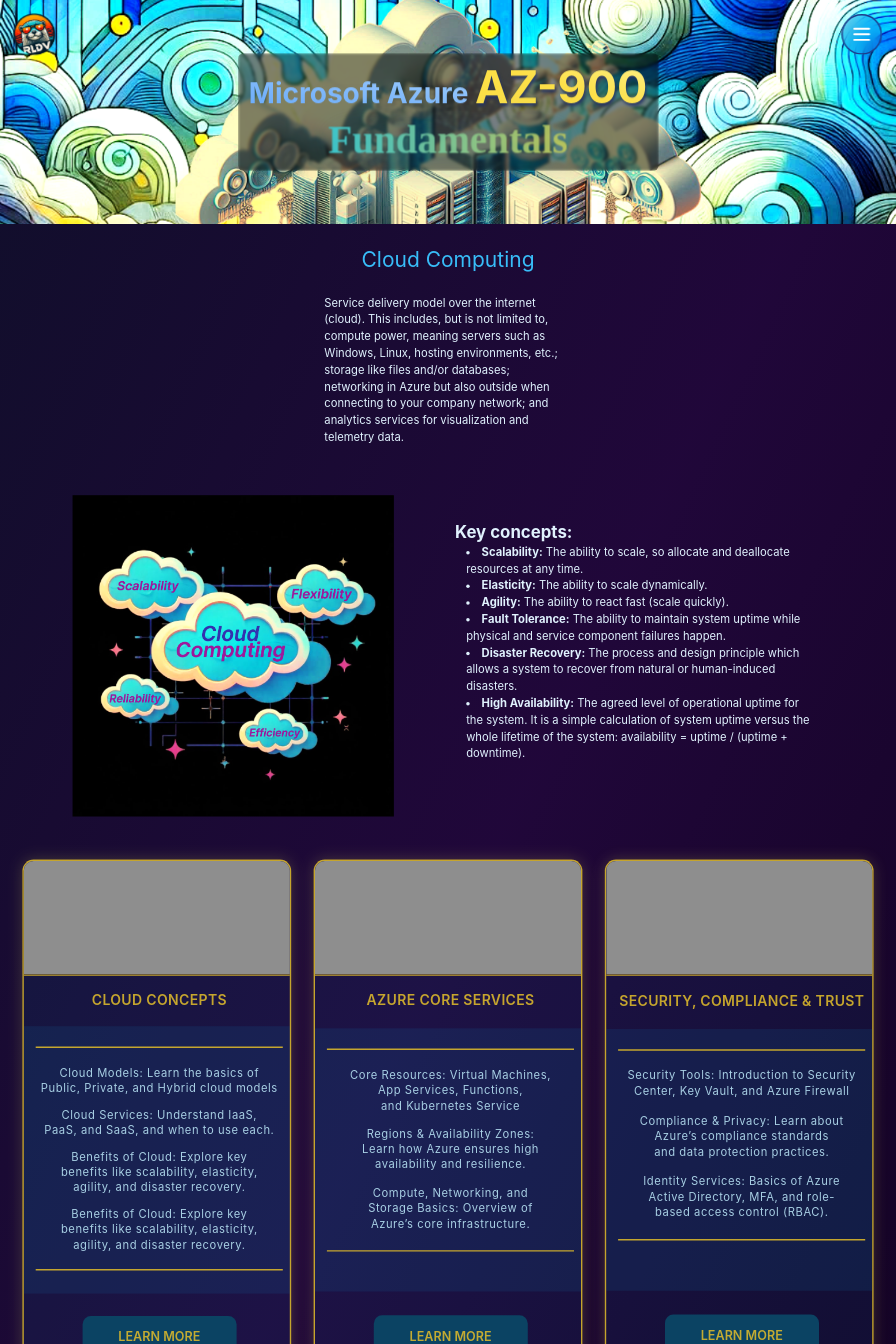
Repository: Freezler/az-900_svelte5
Page: /
An editor plug-in stored every save of this project. The page is shown before and after the next save, followed by the edit.
The browser window is 1280 px wide. The pictures show the part of the page from y = 0 to 1920 px (the page is 2706 px tall), at 70% of full size.
Pictures or frames that could not be fetched are drawn as grey boxes. The project was rebuilt for these pictures with package versions that can differ from the ones it lists, and the page was loaded fresh each time. The framework's server and built-in components were replaced by stand-ins that run in the browser. Also part of the build but not shown: vite.config.ts.

Above is the page before, as saved 2024-11-10 11:01:41.

### src/app.html
<!doctype html>
<html lang="en">
	<head>
		<meta charset="utf-8" />
		<link rel="icon" href="%sveltekit.assets%/favicon.png" />
		<meta name="viewport" content="width=device-width, initial-scale=1" />
		%sveltekit.head%
	</head>
	<body data-sveltekit-preload-data="hover" >
		<div style="display: contents">%sveltekit.body%</div>
	</body>
</html>

### src/routes/+layout.svelte
<script lang="ts">
	import '../app.css';
	let { children } = $props();

</script>

<div class="bg-gradient-to-br from-[#0d0c28fc] via-[#1b0135f9] to-[#10021e] bg-cover bg-center bg-no-repeat ">{@render children()}</div>

### src/routes/+page.svelte
<script lang="ts">
	import ComputingArticle from '../components/ComputingArticle.svelte';

	import Toggle from '../components/Toggle.svelte';
	import Header from '../components/Header.svelte';
	import Popover from '../components/Menu.svelte';
	import Cards from '../components/Cards.svelte';
	import Login from '../components/Login.svelte';
</script>

<header class="">
	<Popover />
	<Header />
</header>
<main>
	<section>
		<ComputingArticle />
		<Cards />
	</section>
	<aside><Toggle /></aside>
	<footer><Login /></footer>
</main>

### src/app.css
@tailwind base;
@tailwind components;
@tailwind utilities;

:root {
  --text-color  : rgba(244, 205, 48, 0.888);
  --bg-color    : hsla(217, 87%, 3%, 0.298);
  --bg-color2   : hsla(299, 91%, 31%, 0.974);
  --bg-gradient : 135deg, rgba(237, 249, 10, .7) 0%, rgba(216, 204, 37, 0.7) 35%, rgba(0, 212, 255, 0.7) 100%;
  --bg-gradient2: 90deg, rgba(216, 204, 37, 0.5) 0%, rgba(0, 212, 255, 0.5) 70%;
}

* {
  margin     : 0;
  padding    : 0;
  box-sizing : border-box;
  user-select: none;
  /* outline : 1px dotted red; */
}

body {
  font-family: 'Inter', sans-serif;


}

### src/components/ComputingArticle.svelte
<div class="grid items-center justify-center gap-8 place-self-center text-sky-100 w-[35ch] pt-8">
	<h2 class="text-3xl text-center text-sky-400">Cloud Computing</h2>
	<p>
		Service delivery model over the internet (cloud). This includes, but is not limited to, compute
		power, meaning servers such as Windows, Linux, hosting environments, etc.; storage like files
		and/or databases; networking in Azure but also outside when connecting to your company network;
		and analytics services for visualization and telemetry data.
	</p>
</div>

<section class="grid items-center grid-cols-1 lg:grid-cols-2 justify-center place-items-center place-self-center place-content-center gap-0	z-10 text-start">
	<img
		src="../public/images/cloud.png"
		alt="cloudSolutions"
		loading="lazy"

		class=" w-full md:w-[672px]  mx-auto rounded-2xl overflow-hidden  pr-12 -mt-8 drop-shadow-[(0_0px_22px_rgba(255,255,99,0.2))] "
	/>
	<article
		class=" text-sky-100 px-8 gap-8 w-[572px] md:mr-28 rounded-xl "
	>
		<p class="text-2xl"><strong>Key concepts:</strong></p>
		<ul class="list-inside list-disc pl-4">
			<li>
				<strong>Scalability:</strong> The ability to scale, so allocate and deallocate resources at any
				time.
			</li>
			<li><strong>Elasticity:</strong> The ability to scale dynamically.</li>
			<li><strong>Agility:</strong> The ability to react fast (scale quickly).</li>
			<li>
				<strong>Fault Tolerance:</strong> The ability to maintain system uptime while physical and service
				component failures happen.
			</li>
			<li>
				<strong>Disaster Recovery:</strong> The process and design principle which allows a system to
				recover from natural or human-induced disasters.
			</li>
			<li>
				<strong>High Availability:</strong> The agreed level of operational uptime for the system. It
				is a simple calculation of system uptime versus the whole lifetime of the system: availability
				= uptime / (uptime + downtime).
			</li>
		</ul>
	</article>
</section>

### src/components/Toggle.svelte
<script lang="ts">

	let name = $state('Randy');
	let status: 'DARK' | 'LIGHT' = $state('DARK');
	let full_name = $derived(name + ' ' + 'de vries');

	function toggle() {
		status = status === 'DARK' ? 'LIGHT' : 'DARK';
	}

	function onclick() {
		status = status === 'DARK' ? 'LIGHT' : 'DARK';
		window.document.body.classList.toggle('dark-mode')
	}
</script>

<div class="max-w-[400px] mx-auto grid place-items-center items-center justify-center gap-2 border-2 p-4  py-8 my-4 bg-yellow-600/10">
		<p class="text-2xl font-serif text-white ">
			set theme: <span class="font-sans {status === 'LIGHT' ? 'text-gray-200' : 'text-red-900'}">{status}</span>
		</p>

		<!-- <button on:click={toggle}>toggle status</button> -->
		<button
			class=" w-[176px] rounded bg-blue-500 px-4 py-2 font-bold text-white hover:bg-blue-700 active:scale-[.98]"
			type="button"
			onclick={toggle}>Toggle theme</button
		>
	</div>

### src/components/Header.svelte
<script lang="ts">
	// Declare props
	let { name = 'AZ-900' } = $props();

	// Local state for the surname
	let surname = $state('Fundamentals');

	// Derived state for the full name
	let full_name = $derived(`${name} ${surname}`);
</script>

<div
	class="max-w-[100svw] z-100 mx-auto grid h-80 place-content-center place-items-center items-center justify-center bg-[url('/public/images/headImage.png')] bg-cover bg-top"
>
	<div class="grid backdrop-blur-[2px] px-4 rounded-lg backdrop-brightness-[.50] pb-4">
		<h1
			class="shadow-[rgba(7, 25, 224, 0.9)] drop bg-clip-text text-center text-[clamp(1rem,5vw,2.5rem)] font-bold text-transparent bg-gradient-to-tr from-blue-400 via-blue-300 to-blue-700  drop-shadow-[-2px_2px_2px_rgba(137, 25, 224, 0.9)]"
		>
			Microsoft Azure <span
				class="bg-gradient-to-tr from-yellow-300 via-yellow-300 to-yellow-200 bg-clip-text text-[clamp(2.8rem,5vw,8.5rem)] font-bold text-transparent drop-shadow-[2px_4px_2px_rgba(36,50,100,0.9)]"
				>{name}</span
			>
		</h1>
		<h3
			class="bg-clip-text text-6xl text-center text-[clamp(1rem,5vw,3.5rem)] font-[700] font-[montserrat] bg-gradient-to-r from-[hsl(192,88%,51%)] via-[--hsl(192,88%,71%)] to-[--text-color]  pb- text-transparent drop-shadow-[2px_4px_32px_rgba(6,100,150,0.9)] backdrop-brightness-[.90] "
		>
			{surname}
		</h3>
	</div>
</div>

### src/components/Menu.svelte
<script lang="ts">
	import { cubicInOut } from 'svelte/easing';
	import { fly } from 'svelte/transition';
	let showMenu: boolean = $state(false);


</script>

	<!-- Your existing code -->

<img
	src="/public/images/Design 2.png"
	alt="Ran form Logo"
	class="fixed left-[16px] top-[16px] w-[64px] rounded-full z-[200]"
/>
<button
	onclick={() => (showMenu = !showMenu)}
	class="fixed right-[20px] top-[20px] flex  h-[58px] w-[58px] items-center justify-center rounded-full bg-blue-600/20 backdrop-blur text-white border-2 border-blue-900"
>
	<svg
		xmlns="http://www.w3.org/2000/svg"
		class="h-8 w-8"
		fill="none"
		viewBox="0 0 24 24"
		stroke="currentColor"
	>
		{#if showMenu}
			<path
				stroke-linecap="round"
				stroke-linejoin="round"
				stroke-width="2"
				d="M6 18L18 6M6 6l12 12"
			/>
		{:else}
			<path
				stroke-linecap="round"
				stroke-linejoin="round"
				stroke-width="2"
				d="M4 6h16M4 12h16M4 18h16"
			/>
		{/if}
	</svg>
</button>

{#if showMenu}
	<ul
		class="items-center justify-center fixed bottom-0 right-0 z-100 grid h-[50vh] w-[100vw] border-t border-blue-900 place-content-center bg-blue-600/20 backdrop-blur text-white uppercase text-center text-xl z-[200]"
		transition:fly={{ y: 100, duration: 420, easing: cubicInOut }}
	>
		<li class="px-2 py-4 w-[80vw] underline underline-offset-4 transition-colors ease-linear duration-400 hover:bg-blue-600/20 rounded-t-lg  bg-blue-200/30">
			<a href="/">Home</a>
		</li>
		<li class=" px-2 py-4 transition-colors hover:underline underline-offset-4  ease-linear duration-400 hover:bg-blue-600/20  bg-blue-200/30">
			<a href="/concepts">Concepts</a>
		</li>
		<li class=" px-2 py-4 transition-colors hover:underline underline-offset-4 ease-linear duration-400 hover:bg-blue-600/20  bg-blue-200/30">
			<a href="/security">Security</a>
		</li>
		<li class="px-2 py-4 transition-colors  hover:underline underline-offset-4 ease-linear duration-400 hover:bg-blue-600/20 rounded-b-lg  bg-blue-200/30">
			<a href="/services">Services</a>
		</li>
	</ul>
{/if}

### src/components/Cards.svelte
<script>
	import { goto } from '$app/navigation';
	// Define your plans as an array of objects
	const concepts = [
		{
			url: 'concepts',
			image:
				'https://learn.microsoft.com/training/achievements/microsoft-azure-fundamentals-describe-cloud-concepts-social.png',
			name: 'Cloud Concepts',
			features: [
				'Cloud Models: Learn the basics of Public, Private, and Hybrid cloud models',
				'Cloud Services: Understand IaaS, PaaS, and SaaS, and when to use each.',
				'Benefits of Cloud: Explore key benefits like scalability, elasticity, agility, and disaster recovery.',
				'Benefits of Cloud: Explore key benefits like scalability, elasticity, agility, and disaster recovery.'

			]
		},
		{
			url: 'services',
			image:
				'https://images.unsplash.com/photo-1667372459510-55b5e2087cd0?q=80&w=1932&auto=format&fit=crop&ixlib=rb-4.0.3&ixid=M3wxMjA3fDB8MHxwaG90by1wYWdlfHx8fGVufDB8fHx8fA%3D%3D',
			name: 'Azure Core Services',
			features: [
				'Core Resources: Virtual Machines, App Services, Functions, and Kubernetes Service',
				'Regions & Availability Zones: Learn how Azure ensures high availability and resilience.',
				'Compute, Networking, and Storage Basics: Overview of Azure’s core infrastructure.'
			]
		},
		{
			url: 'security',
			image:
				'https://plus.unsplash.com/premium_photo-1700830452756-1a3f4314e564?q=80&w=1674&auto=format&fit=crop&ixlib=rb-4.0.3&ixid=M3wxMjA3fDB8MHxwaG90by1wYWdlfHx8fGVufDB8fHx8fA%3D%3D',
			name: 'Security, Compliance & Trust',
			features: [
				'Security Tools: Introduction to Security Center, Key Vault, and Azure Firewall',
				'Compliance & Privacy: Learn about Azure’s compliance standards and data protection practices.',
				'Identity Services: Basics of Azure Active Directory, MFA, and role-based access control (RBAC).'
			]
		}
	];
</script>

<section
	class="z-10 grid grid-rows-1 gap-8 py-8 md:grid-cols-2 md:gap-8 md:px-8 xl:grid-cols-3"
>
	{#each concepts as concept}
		<div
			class=" pt-1  grid grid-rows-[148px_64px_auto_auto] place-items-center overflow-hidden rounded-2xl border-2 border-[--text-color] bg-sky-600/10 pb-9 shadow-[0_0px_22px_rgba(255,255,99,0.2)] brightness-90 transition duration-700 hover:scale-[1.001] hover:border-[hsla(184,69%,60%,1)] hover:shadow-[2px_6px_12px_rgba(22,125,22,0.9)]"
		>
			<img
				src={concept.image}
				class=" z-10 h-[172px] pt-2  w-full border-b-2 border-[--text-color] object-cover object-center hover:border-[hsla(184,69%,60%,1)]"
				loading="lazy"
				alt="concept"
			/>
			<div class="row-span-2 grid grid-cols-subgrid place-items-center items-center justify-center">
				<h2 class="] mt-[28px] text-xl font-semibold uppercase tracking-wide text-[--text-color]">
					{concept.name}
				</h2>
			</div>

			<div
				class=" row-span-12 my-5 w-full grid grid-rows-subgrid place-items-start items-start gap-4 text-pretty border border-transparent bg-sky-500/10 px-4 pt-7 pb-6 text-center"
			>
				{#each concept.features as feature}
					<h3
						class="border-b-1 mx-auto  grid w-[35ch]  grid-rows-subgrid text-balance border-[--text-color] px-0 text-[14px] font-normal leading-snug tracking-wider text-sky-200 py-0 first:border-t-2 first:pt-6 last:pb-6 last:border-b-2 lg:text-[16px] border-s-fuchsia-400 ">
						{feature}
					</h3>
				{/each}
			</div>
			<button
				type="button"
				class="mx-auto mt-3 w-[220px] grid-cols-subgrid rounded-xl border-[2px_solid_var(--text-color)] bg-sky-900 px-8 py-4 text-base font-semibold uppercase text-[--text-color] transition duration-[420ms] hover:bg-sky-500 hover:text-white hover:shadow-[2px_2px_22px_rgb(65,183,255,0.9)] md:text-lg lg:text-lg"
				><a href="/{concept.url}">Learn more</a></button
			>
		</div>
	{/each}
</section>

### src/components/Login.svelte
<script>
	import { onMount } from 'svelte';
	let user = $state('Stranger');
	/**
	 * @param {any} response
	 */
	function googleLoginEndpoint(response) {
	  console.log('Google login successful:', response);
	}

	// onMount(() => {
	//   const script = document.createElement("script");
	//   script.src = "https://accounts.google.com/gsi/client";
	//   script.async = true;
	//   script.defer = true;
	//   document.head.appendChild(script);
	// });
</script>

<div class="relative flex min-h-[60vh] items-center justify-center py-16 ">
	<div class="flex w-full max-w-4xl flex-col overflow-hidden rounded-lg shadow-lg md:flex-row">
		<!-- Left side: Logo and Welcome message -->
		<div
			class="flex flex-col items-center justify-center bg-[url('/public/images/headImage.png')] bg-cover bg-center object-cover p-14 text-white md:w-1/2 "
		>
			<img
				src="/public/images/Design 2.png"
				alt="Ran form Logo"
				class="mb-4 h-40 w-40 rounded-full"
			/>
			<h2 class="text-2xl font-semibold p-2 rounded-xl bg-slate-600/50  ">Good Evening {user}!</h2>
			<p class="mt-2 text-center text-lg rounded-xl bg-slate-600/50  p-2 ">Log in to your account!</p>
		</div>

		<!-- Right side: Login Form -->
		<div
			class="flex flex-col items-center justify-center  h-[50vh] bg-blue-600/40 backdrop-blur pt-8 "
		>
			<!-- Google Login Button -->
			<div
				id="g_id_onload"
				data-client_id="YOUR_GOOGLE_CLIENT_ID"
				data-context="signin"
				data-callback="googleLoginEndpoint"
				data-close_on_tap_outside="false"
				data-prompt_parent_id="g_id_onload"
			></div>

			<button
				class="flex w-3/5 items-center justify-center space-x-2 rounded-full border border-gray-300 bg-white py-2 shadow-md hover:bg-gray-50 focus:outline-none"
			>
				<span class="fab fa-google text-gray-500"></span>
				<span class="text-gray-700">Continue with Google</span>
			</button>

			<!-- Divider -->
			<div class="my-4 flex w-full items-center">
				<hr class="flex-grow border-t border-gray-300" />
				<span class="px-3 text-gray-500">OR</span>
				<hr class="flex-grow border-t border-gray-300" />
			</div>

			<!-- Email Login Button -->
			<button
				class="flex w-3/5 items-center justify-center space-x-2 rounded-full border border-gray-300 bg-white py-2 shadow-md hover:bg-gray-50 focus:outline-none"
			>
				<span class="fa fa-user text-gray-500"></span>
				<span class="text-gray-700">Enter Email & Password</span>
			</button>

			<!-- Sign up and Terms Links -->
			<div class=" w-full text-center">
				<p class="text-sm text-red-300">
					Don't have an account? <a href="_blank" class="text-blue-600 hover:underline">Sign up</a>
				</p>
				<p class="mt-0 text-xs text-gray-500 w-[50ch]">
					By continuing, you agree to our <a href="_blank" target="_blank" class="hover:underline"
						>Terms of Service</a
					>
					and
					<a href="_blank" target="_blank" class="hover:underline">Privacy Policy</a>.
				</p>
			</div>
		</div>
	</div>
</div>

### tailwind.config.ts
import aspectRatio from '@tailwindcss/aspect-ratio';
import containerQueries from '@tailwindcss/container-queries';
import forms from '@tailwindcss/forms';
import typography from '@tailwindcss/typography';
// import type { Config } from 'tailwindcss';

export default {
	content: ['./src/**/*.{html,js,svelte,ts}'],


	theme: {
		extend: {
			animation: {



			},

			keyframes: {

			}

		}
	},

	plugins: [typography, forms, containerQueries, aspectRatio]
}

After the next save:
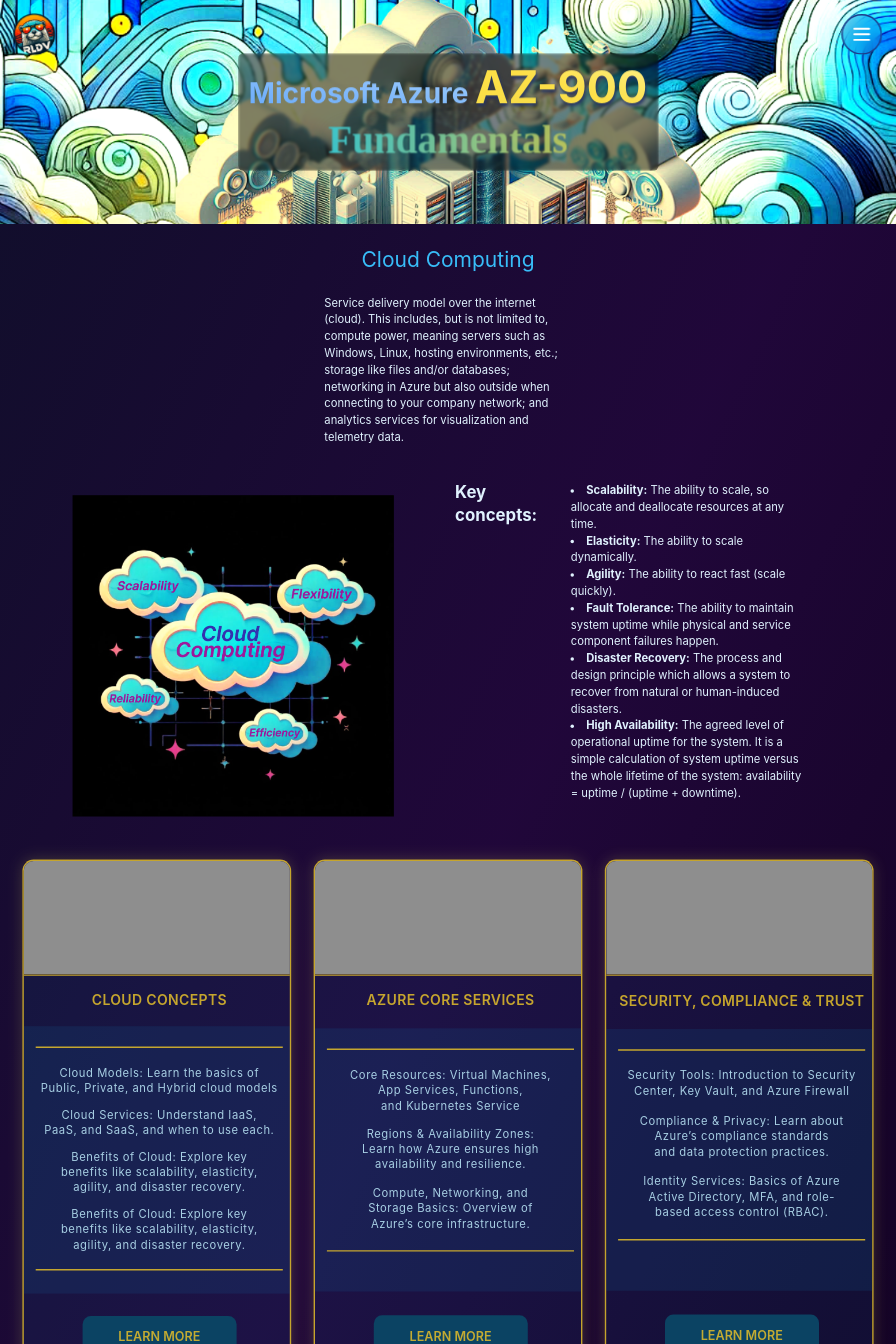
Saved 7 s later.
--- a/src/components/ComputingArticle.svelte
+++ b/src/components/ComputingArticle.svelte
@@ -17,7 +17,7 @@
 		class=" w-full md:w-[672px]  mx-auto rounded-2xl overflow-hidden  pr-12 -mt-8 drop-shadow-[(0_0px_22px_rgba(255,255,99,0.2))] "
 	/>
 	<article
-		class=" text-sky-100 px-8 gap-8 w-[572px] md:mr-28 rounded-xl "
+		class=" text-sky-100 px-8 gap-8 flex  w-[572px] md:mr-28 rounded-xl "
 	>
 		<p class="text-2xl"><strong>Key concepts:</strong></p>
 		<ul class="list-inside list-disc pl-4">
